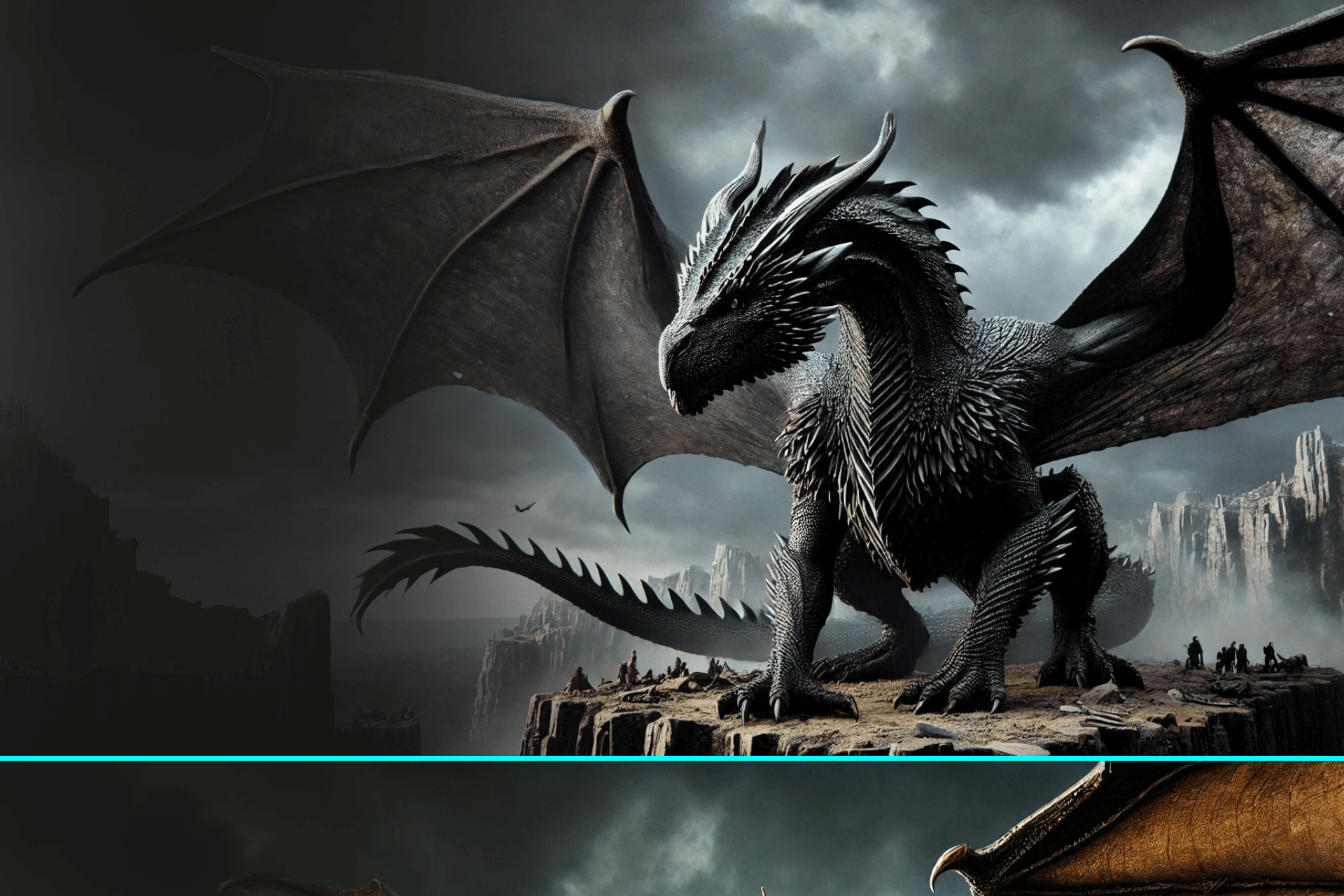
Repository: Caiquedev123/Dragaoes-progeto
Page: index.html
The author's editor kept a copy of each file at every save. The page is drawn from the files as they stood at one save, then again after a run of saves.
The browser window is 1280 px wide. The page is 1920 px wide, then 1280 px, so the pictures cover 1920 px, including what lies to the right of the window. The pictures show the part of the page from y = 0 to 1280 px (the page is 8220 px tall before and 720 px after), at 70% of full size.

Above is the page before, as saved 2024-08-09 20:32:47.

After the next 9 saves:
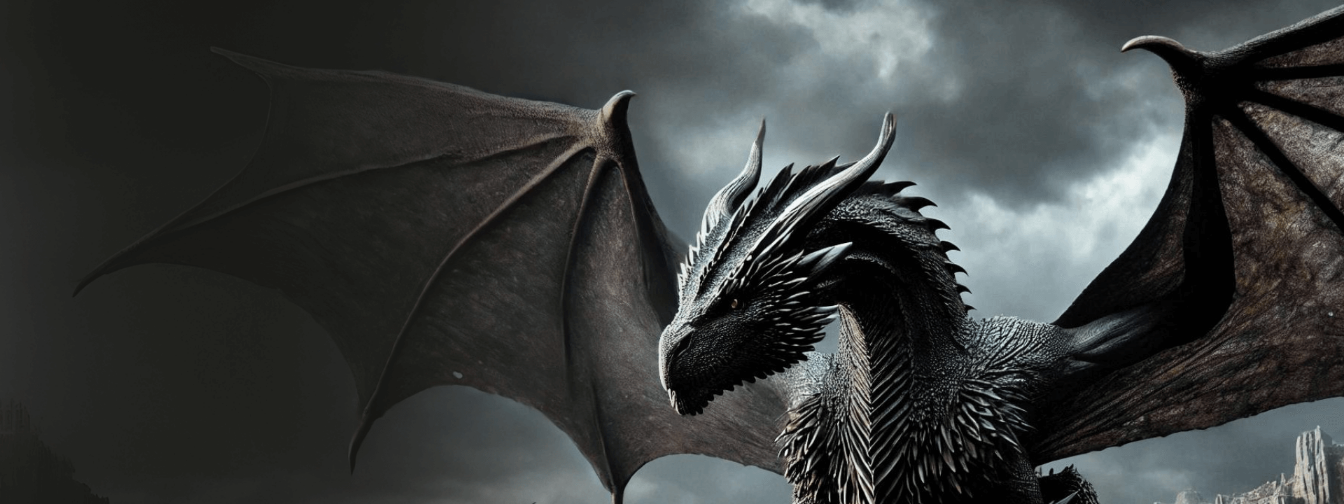
The 9 saves are shown as one change because they came seconds apart.
The last was saved 113 s later.
--- a/src/css/estilos.css
+++ b/src/css/estilos.css
@@ -2,4 +2,9 @@ body{
     font-family: 'Poppins', sans-serif;
     background-color: aqua;
     max-width: 1280px;
+    margin: 0 auto;
 }
+
+.carrossel{
+    position: fixed;
+}
